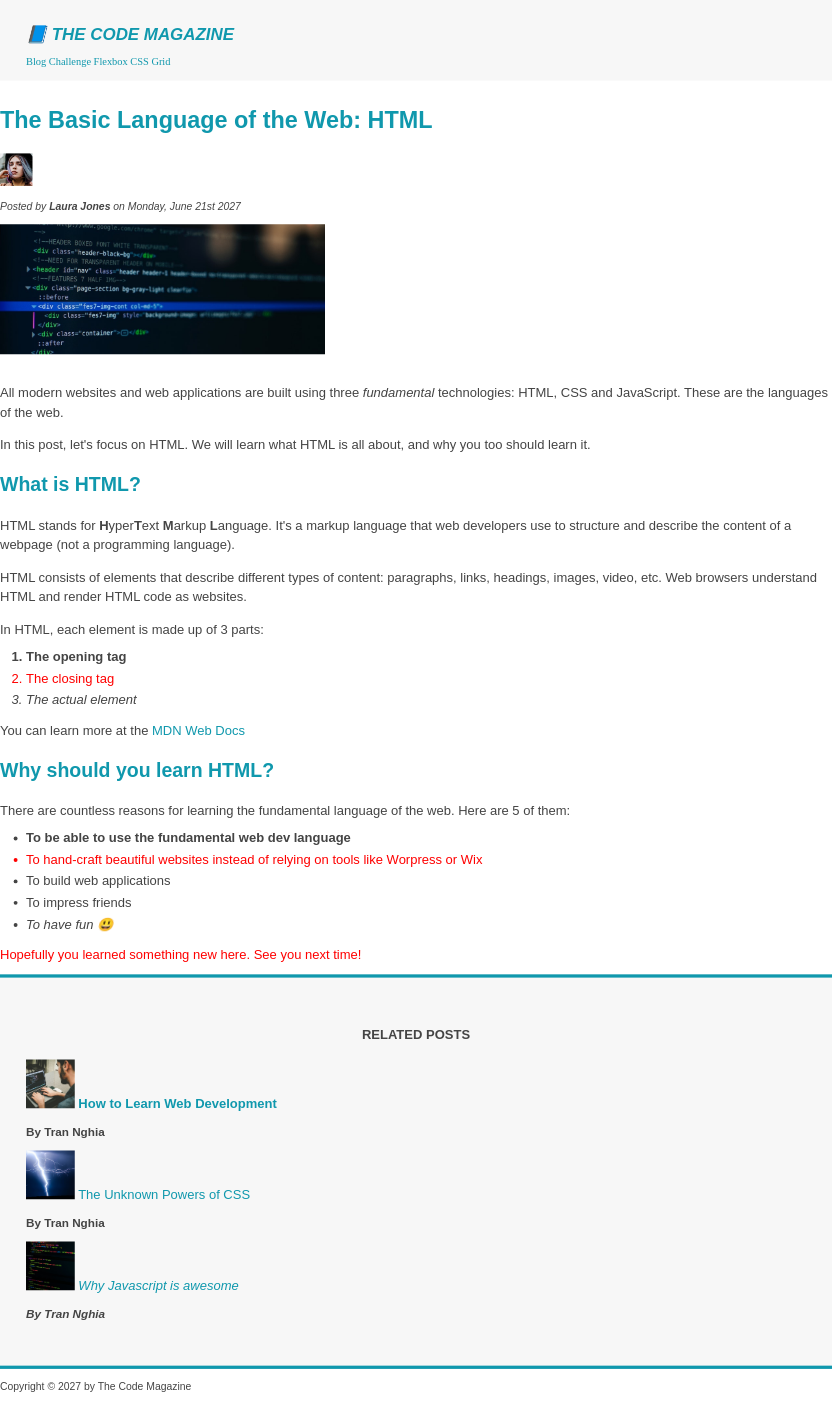
Repository: nghiakma/HTML-CSS-Fundamental
Page: HTML/index.html
These files come from the project's save history. The page is drawn as it stood at one moment and after the next save; the edit follows.
The browser window is 1280 px wide. The pictures show the whole page, at 65% of full size.

Above is the page before, as saved 2023-08-20 20:48:00.

### HTML/index.html
<!DOCTYPE html>
<html lang="en">

<head>
  <meta charset="UTF-8">
  <meta name="viewport" content="width=device-width, initial-scale=1.0">
  <title>The Basic Language of the web: HTML</title>
  <link rel="stylesheet" href="/CSS/index.css">
</head>

<body>
  <header class="main-header">
    <h1>📘 The Code Magazine</h1>
    <nav>
      <a href="#">Blog</a>
      <a href="#">Challenge</a>
      <a href="#">Flexbox</a>
      <a href="#">CSS Grid</a>
    </nav>
  </header>

  <article>
    <header class="post-header">
      <h2>The Basic Language of the Web: HTML</h2>
      <img src="./laura-jones.jpg" alt="Headshot of Laura Jones" height="50" width="50">
      <p id="author">Posted by <strong>Laura Jones</strong> on Monday, June 21st 2027</p>
      <img src="./post-img.jpg" alt="HTML code on a screen" width="500" height="200">
    </header>
    <p>
      All modern websites and web applications are built using three <em>fundamental</em> technologies: HTML, CSS and
      JavaScript.
      These are the languages of the web.
    </p>
    <p>
      In this post, let's focus on HTML. We will learn what HTML is all about, and why you too should learn it.
    </p>
    <h3>What is HTML?</h3>
    <p>
      HTML stands for <strong>H</strong>yper<strong>T</strong>ext <strong>M</strong>arkup <strong>L</strong>anguage.
      It's
      a markup language that web developers use to structure and describe
      the content of a webpage (not a programming language).
    </p>
    <p>
      HTML consists of elements that describe different types of content: paragraphs, links, headings, images, video,
      etc.
      Web browsers understand HTML and render HTML code as websites.
    </p>
    <p>In HTML, each element is made up of 3 parts:</p>
    <ol>
      <li>The opening tag</li>
      <li>The closing tag</li>
      <li>The actual element</li>
    </ol>
    <p>You can learn more at the <a href="https://developer.mozilla.org/en-US/docs/Web/HTML" target="_blank">MDN Web
        Docs</a></p>
    <h3>Why should you learn HTML?</h3>
    <p>There are countless reasons for learning the fundamental language of the web. Here are 5 of them:</p>
    <ul>
      <li>To be able to use the fundamental web dev language</li>
      <li>To hand-craft beautiful websites instead of relying on tools like Worpress or Wix</li>
      <li>To build web applications</li>
      <li>To impress friends</li>
      <li>To have fun 😃</li>
    </ul>
    <p>Hopefully you learned something new here. See you next time!</p>
  </article>

  <!--Thuong duoc su dung de bo sung thong tin cho trang chinh
  Xác định nội dung nằm bên cạnh nội dung của trang-->
  <aside>
    <h4>Related posts</h4>

    <ul class="related">
      <li>
        <img src="./related-1.jpg" alt="Person programming" width="75" height="75">
        <a href="#">How to Learn Web Development</a>
        <p class="related-author">By Tran Nghia</p>
      </li>
      <li>
        <img src="./related-2.jpg" alt="Powers" width="75" height="75">
        <a href="#">The Unknown Powers of CSS</a>
        <p class="related-author">By Tran Nghia</p>
      </li>
      <li>
        <img src="./related-3.jpg" alt="Javascript" width="75" height="75">
        <a href="#">Why Javascript is awesome</a>
        <p class="related-author">By Tran Nghia</p>
      </li>
    </ul>
  </aside>

  <footer>
    <p id="copyright">Copyright &copy; 2027 by The Code Magazine</p>
  </footer>
</body>

</html>

### CSS/index.css
body {
  margin: 0;
  padding: 0;
}
h1,
h2,
h3,
h4,
p,
li {
  font-family: sans-serif;
  color: #444;
}
h1,
h2,
h3 {
  color: #1098ad;
}
h1 {
  font-size: 26px;
  text-transform: uppercase;
  font-style: italic;
}
h2 {
  font-size: 36px;
  margin-bottom: 30px;
}
h3 {
  font-size: 30px;
}
h4 {
  font-size: 20px;
  text-transform: uppercase;
  text-align: center;
}
p {
  font-size: 20px;
  line-height: 1.5;
  margin-bottom: 15px;
}
li {
  font-size: 20px;
  margin-bottom: 10px;
}
li:last-child {
  margin-bottom: 0;
}
/* footer p {
  font-size: 16px;
} */
/* article header p {
  font-style: italic;
} */
#author {
  font-style: italic;
  font-size: 16px;
}
#copyright {
  font-size: 16px;
}
.related-author {
  font-size: 18px;
  font-weight: bold;
}
.related {
  list-style: none;
}
.main-header {
  background-color: #f7f7f7;
  /* padding: 20px;
  padding-left: 20px;
  padding-right: 40px; */
  padding: 20px 40px;
  margin-bottom: 40px;
}
.post-header {
  margin-bottom: 40px;
}
aside {
  background-color: #f7f7f7;
  border-top: 5px solid #1098ad;
  border-bottom: 5px solid #1098ad;
  padding: 50px 0;
}
li:first-child {
  font-weight: bold;
}
li:last-child {
  font-style: italic;
}
li:nth-child(2) {
  color: red;
}
article p:last-child {
  color: red;
}
a:link {
  color: #1098ad;
  text-decoration: none;
}
a:visited {
  color: #1098ad;
}
a:hover {
  color: orangered;
  font-weight: bold;
  text-decoration: underline orangered;
}
a:active {
  background-color: black;
  font-style: italic;
}

After the next save:
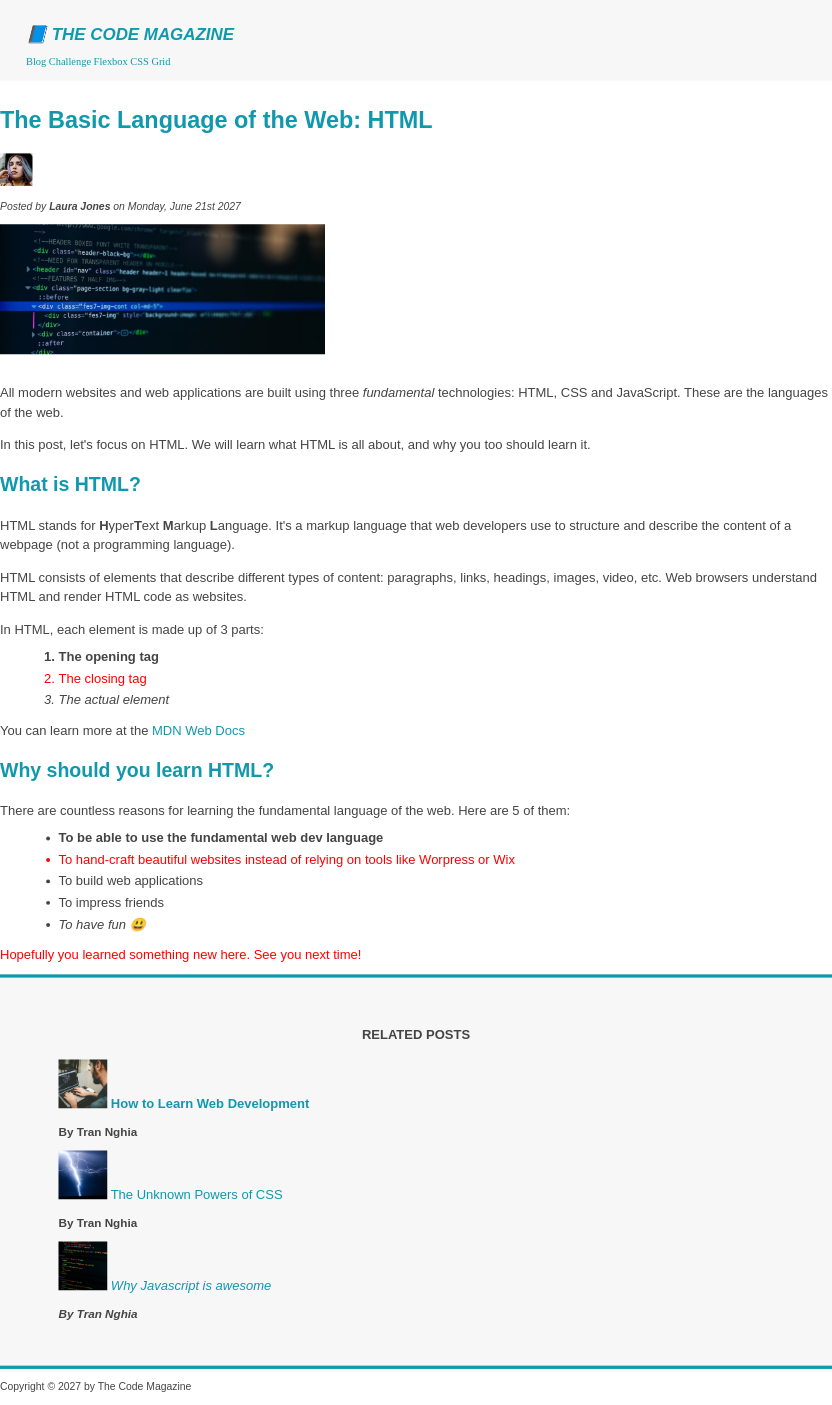
Saved 19 s later.
--- a/CSS/index.css
+++ b/CSS/index.css
@@ -37,6 +37,10 @@ p {
   font-size: 20px;
   line-height: 1.5;
   margin-bottom: 15px;
+}
+ul,
+ol {
+  margin-left: 50px;
 }
 li {
   font-size: 20px;
